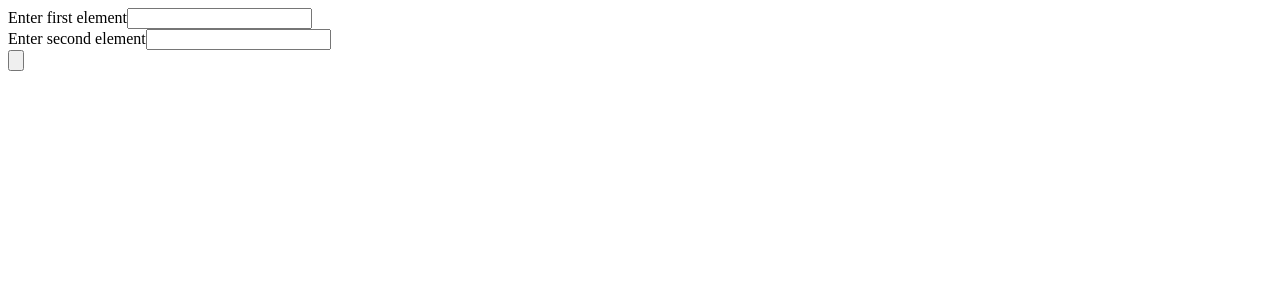
Repository: saiswaroop1547/ctstraining
Page: jspexamples/WebContent/math.html
The author's editor kept a copy of each file at every save. The page is drawn from the files as they stood at one save, then again after the next save.
The browser window is 1280 px wide. The pictures show the whole page.

Above is the page before, as saved 2020-02-10 09:08:26.

### jspexamples/WebContent/math.html
<!DOCTYPE html>
<html>
<head>
<meta charset="ISO-8859-1">
<title>Insert title here</title>
</head>
<body>
<form action="Maths.jsp">
Enter first element<input name="first"/><br>
Enter second element<input name="second"/><br>
<input type="button" name="go">
</form>
</body>
</html>

After the next save:
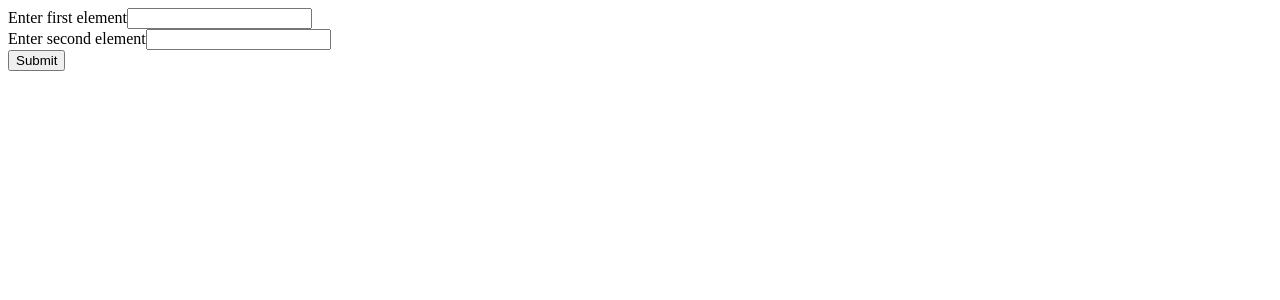
Saved 58 s later.
--- a/jspexamples/WebContent/math.html
+++ b/jspexamples/WebContent/math.html
@@ -8,7 +8,7 @@
 <form action="Maths.jsp">
 Enter first element<input name="first"/><br>
 Enter second element<input name="second"/><br>
-<input type="button" name="go">
+<input type="submit" name="submit">
 </form>
 </body>
 </html>
